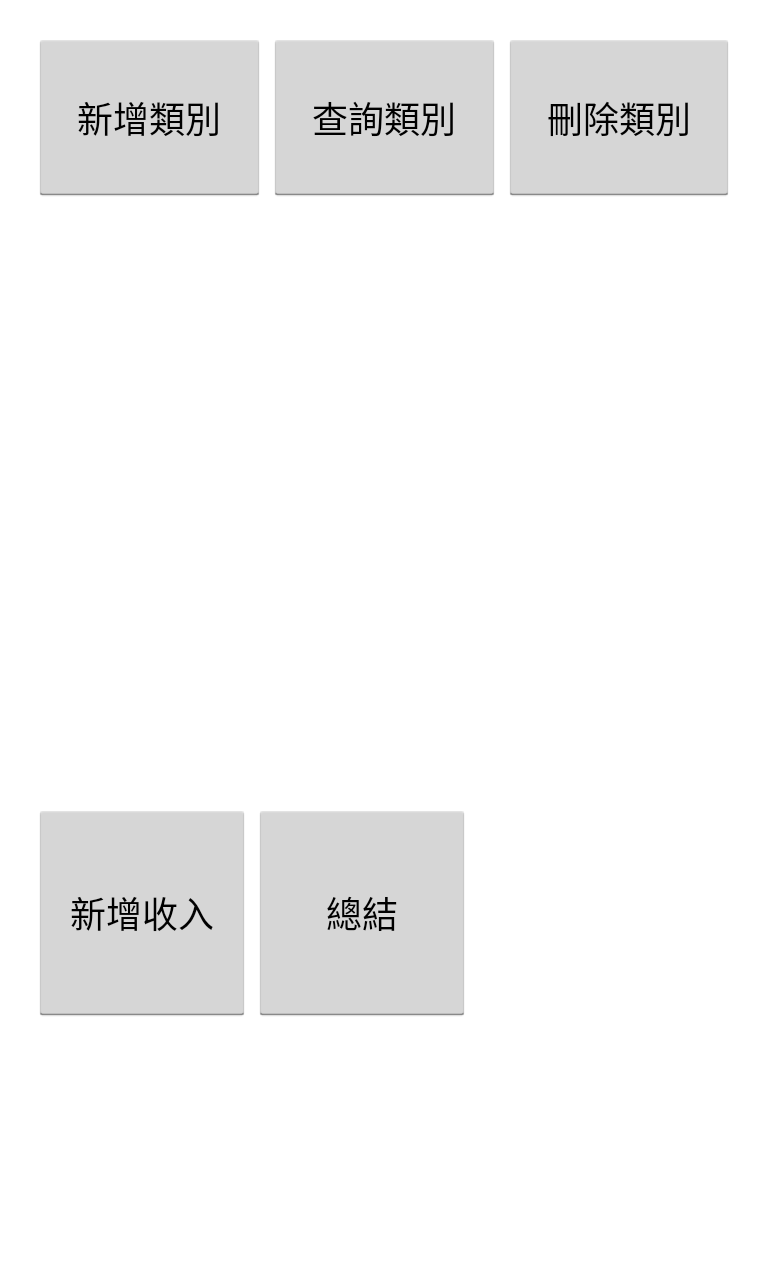
Repository: rayyrayy/Android-app-project
Layout: flashaccounting/easy money manager/res/layout/activity_main.xml
The author's editor kept a copy of each file at every save. The layout is drawn from the files as they stood at one save, then again after the next save.
It is drawn on a 768 x 1280 px phone screen (xhdpi) without system bars, with theme AppTheme; the app's code is not run.

Above is the layout before, as saved 2014-10-29 06:38:28.

After the next save:
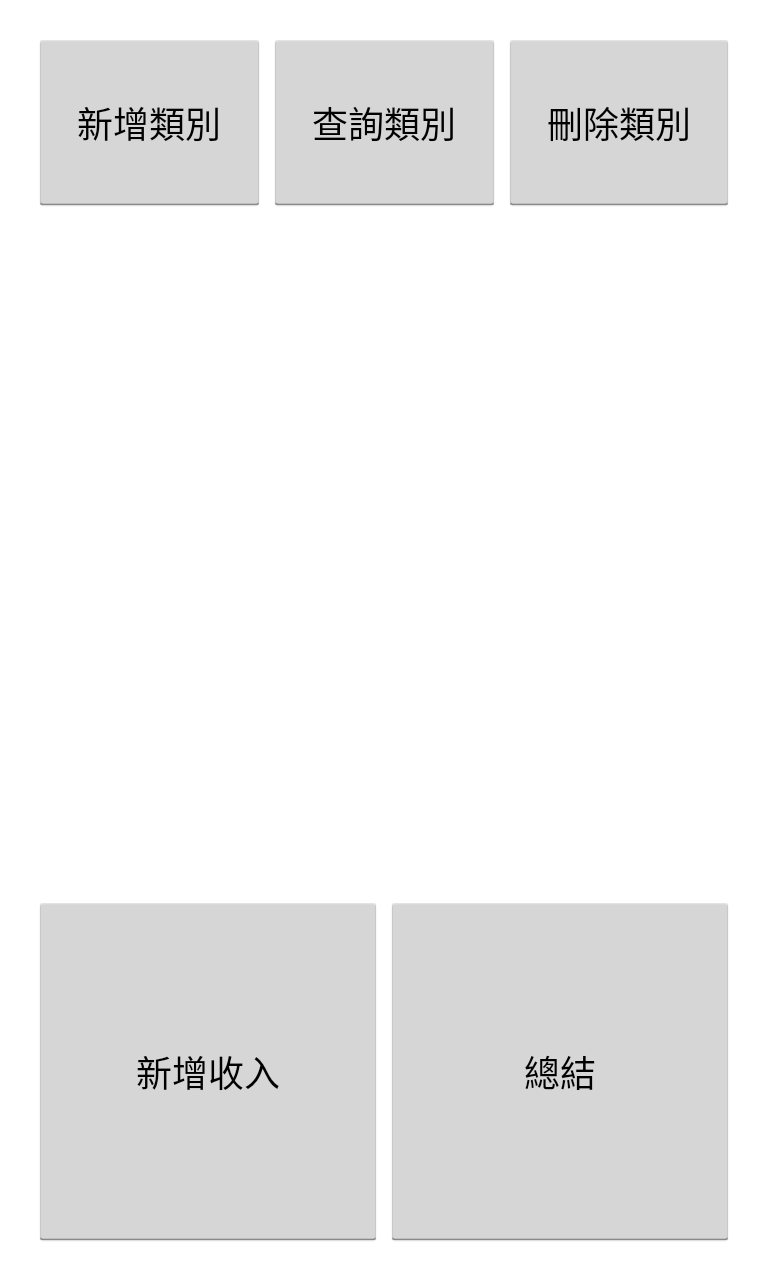
Saved 16 min 10 s later.
--- a/flashaccounting/easy money manager/res/layout/activity_main.xml
+++ b/flashaccounting/easy money manager/res/layout/activity_main.xml
@@ -89,18 +89,33 @@
    	android:layout_weight="3"
    	android:orientation="horizontal">
 
-  		<Button
-        android:id="@+id/button3"
-        android:layout_width="110dp"
-        android:layout_height="110dp"
-        android:text="新增收入" />
+   	    <LinearLayout
+       	android:layout_width="fill_parent"
+   		android:layout_height="fill_parent"
+   		android:layout_weight="1"
+   		android:orientation="horizontal">
 
-  		<Button
-        android:id="@+id/button4"
-        android:layout_width="110dp"
-        android:layout_height="110dp"
-        android:text="總結" />
+  			<Button
+        	android:id="@+id/button3"
+        	android:layout_width="fill_parent"
+        	android:layout_height="fill_parent"
+        	android:text="新增收入" />
 
+  		</LinearLayout>
+
+   	    <LinearLayout
+       	android:layout_width="fill_parent"
+   		android:layout_height="fill_parent"
+   		android:layout_weight="1"
+   		android:orientation="horizontal">
+
+  			<Button
+        	android:id="@+id/button4"
+        	android:layout_width="fill_parent"
+        	android:layout_height="fill_parent"
+        	android:text="總結" />
+
+  		</LinearLayout>
     </LinearLayout>
 
    	</LinearLayout>
